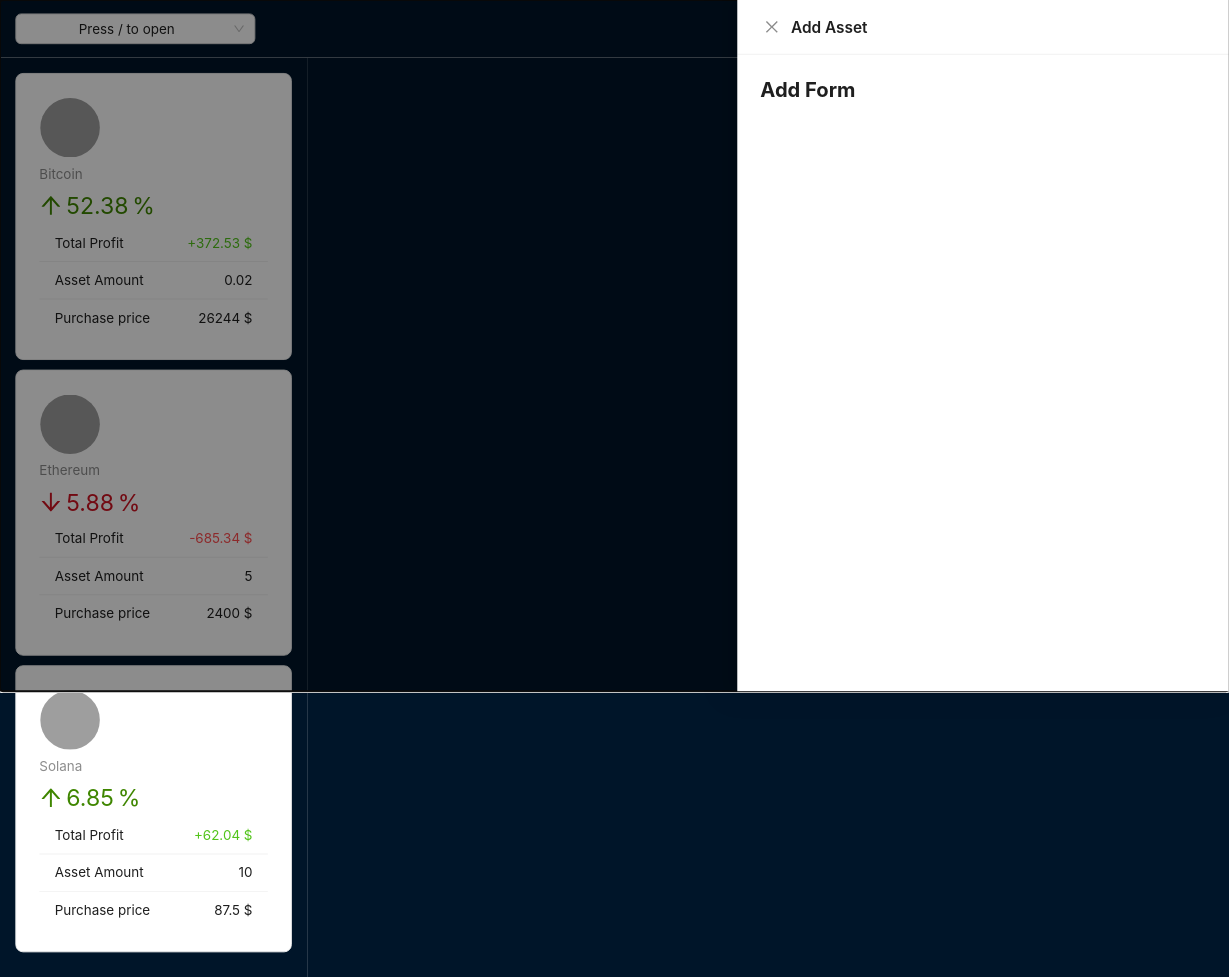
Repository: Vadia23/React-Crypto-App
Page: /
An editor plug-in stored every save of this project. The page is shown before and after the next save, followed by the edit.
The browser window is 1280 px wide. The pictures show the whole page, at 96% of full size.
Pictures or frames that could not be fetched are drawn as grey boxes. The project was rebuilt for these pictures with package versions that can differ from the ones it lists, and the page was loaded fresh each time. Also part of the build but not shown: vite.config.js, src/components/CoinInfoModal.jsx.

Above is the page before, as saved 2024-02-16 19:45:49.

After the next save:
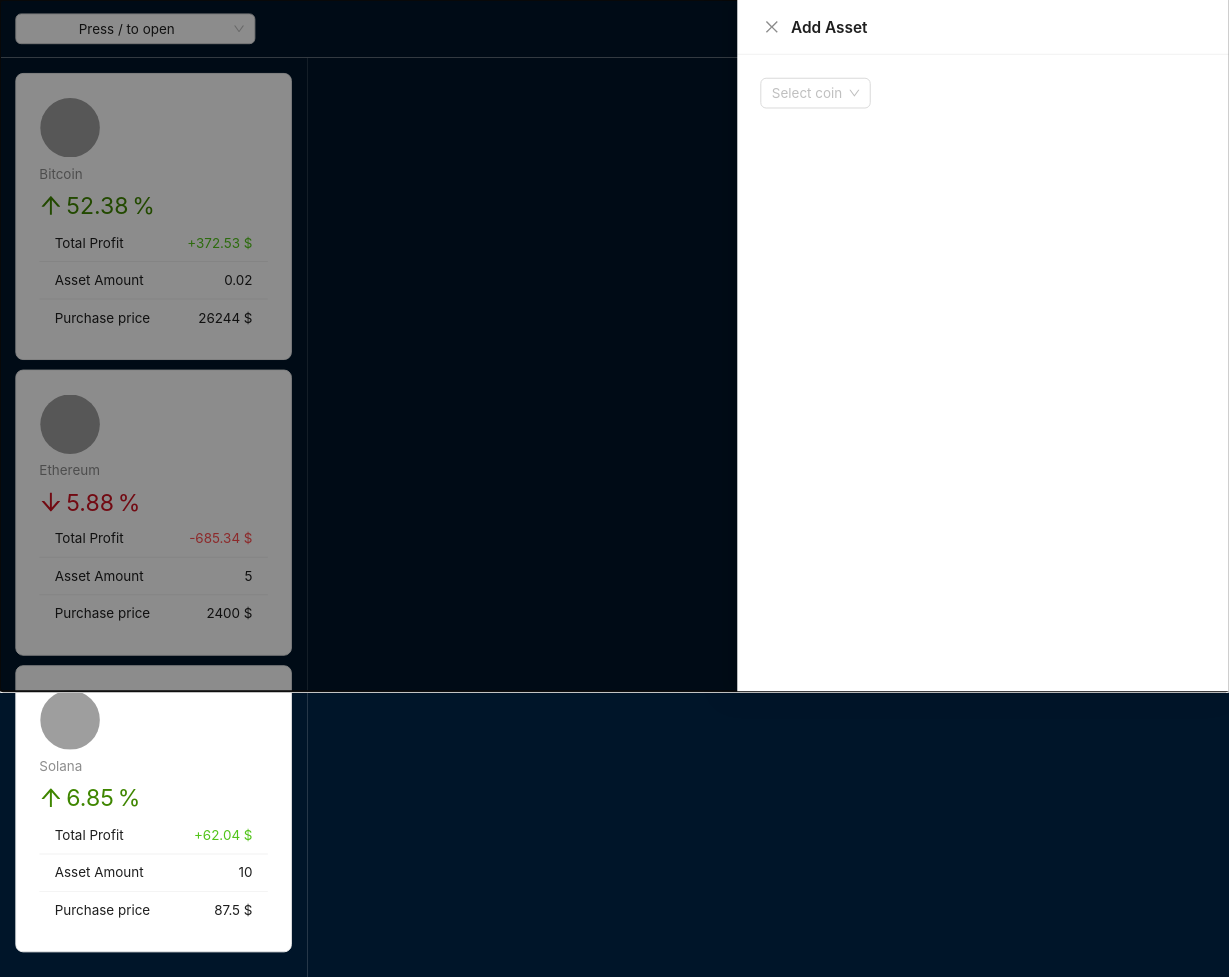
Saved 7 min 2 s later.
--- a/src/components/AddAssetForm.jsx
+++ b/src/components/AddAssetForm.jsx
@@ -1,3 +1,34 @@
+import { useContext, useState } from "react";
+import CryptoContext from "../context/cryptoContext";
+import { Select, Space } from "antd";
+
 export default function AddAssetForm() {
+  const { crypto } = useContext(CryptoContext);
+  const [coin, setCoin] = useState(null);
+
+  if (!coin) {
+    return (
+      <Select
+        placeholder="Select coin"
+        onSelect={(v) => setCoin(crypto.find((c) => c.id === v))}
+        options={crypto.map((coin) => ({
+          label: coin.name,
+          value: coin.id,
+          icon: coin.icon,
+        }))}
+        optionRender={(option) => (
+          <Space>
+            <img
+              style={{ width: 20 }}
+              src={option.data.icon}
+              alt={option.data.label}
+            />{" "}
+            {option.data.label}
+          </Space>
+        )}
+      />
+    );
+  }
+
   return <h2>Add Form</h2>;
 }
